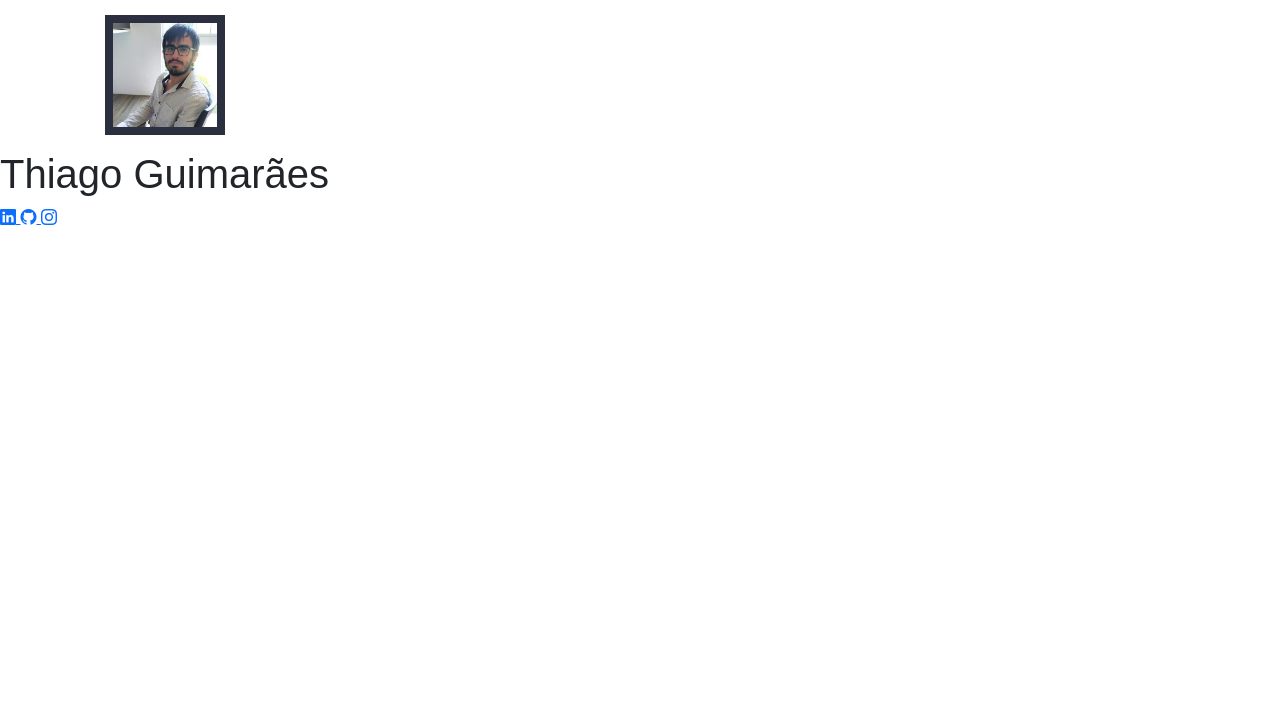
Repository: Rayago/projeto-portfolio
Page: http://localhost/
An editor plug-in stored every save of this project. The page is shown before and after the next save, followed by the edit.
The browser window is 1280 px wide. The pictures show the whole page.
Some web fonts or font styles are not loaded; a fallback is used. The page is served by the project's application, run on Flask 3 (app.py).

Above is the page before, as saved 2022-07-11 23:04:01.

### templates/index.html
<!DOCTYPE html>
<html lang="pt-br">
<head>
    <meta charset="UTF-8">
    <meta http-equiv="X-UA-Compatible" content="IE=edge">
    <meta name="viewport" content="width=device-width, initial-scale=1.0">
    <link rel="stylesheet" href="../static/bootstrap/css/bootstrap.css">
    <link rel="stylesheet" href="../static/style.css">
    <link rel="icon" type="image/png" href="../static/img">
    <link rel="stylesheet" href="https://cdn.jsdelivr.net/npm/bootstrap-icons@1.8.3/font/bootstrap-icons.css">
    <title>Thiago Guimarães</title>
</head>
<body>

    <aside id="header">
        <section class="profile">
            <img src="../static/img/meu_perfil.jpg" alt="Foto Perfil"/>
            <h1>Thiago Guimarães</h1>
            <div>
                <a href="https://www.linkedin.com/in/raymundo-thiago">
                    <i class="bi bi-linkedin"></i>
                </a>
                <a href="https://www.github.com/Rayago">
                    <i class="bi bi-github"></i>
                </a>
                <a href="https://www.instagram.com/estudatech">
                    <i class="bi bi-instagram"></i>
                </a>
            </div>
        </section>
    </aside>


    <script src="../static/bootstrap/js/bootstrap.bundle.min.js"></script>
    <script src="../static/script.js"></script>
</body>
</html>

### app.py
from flask import Flask, render_template, redirect

app = Flask(__name__)

@app.route('/')
def index():
    return render_template('index.html')

if __name__ == '__main__':
    app.run(debug=True)

### static/style.css
@import url('https://fonts.googleapis.com/css2?family=Ubuntu:ital,wght@0,300;0,400;0,500;0,700;1,300;1,400;1,500;1,700&display=swap');

html, body {
    font-family: Ubuntu, Arial;
    width: 100%;
    height: 100%;
}

#header {
    position: fixed;
    top: 0;
    left: 0;
    bottom: 0;
}

#header .profile img {
    margin: 15px auto;
    display: block;
    width: 120px;
    border: 8px solid #2c2f3f;
}

Loaded but not shown: static/bootstrap/css/bootstrap.css (library); static/bootstrap/js/bootstrap.bundle.min.js (library); static/script.js (no stored copy; drawn as an empty file)

After the next save:
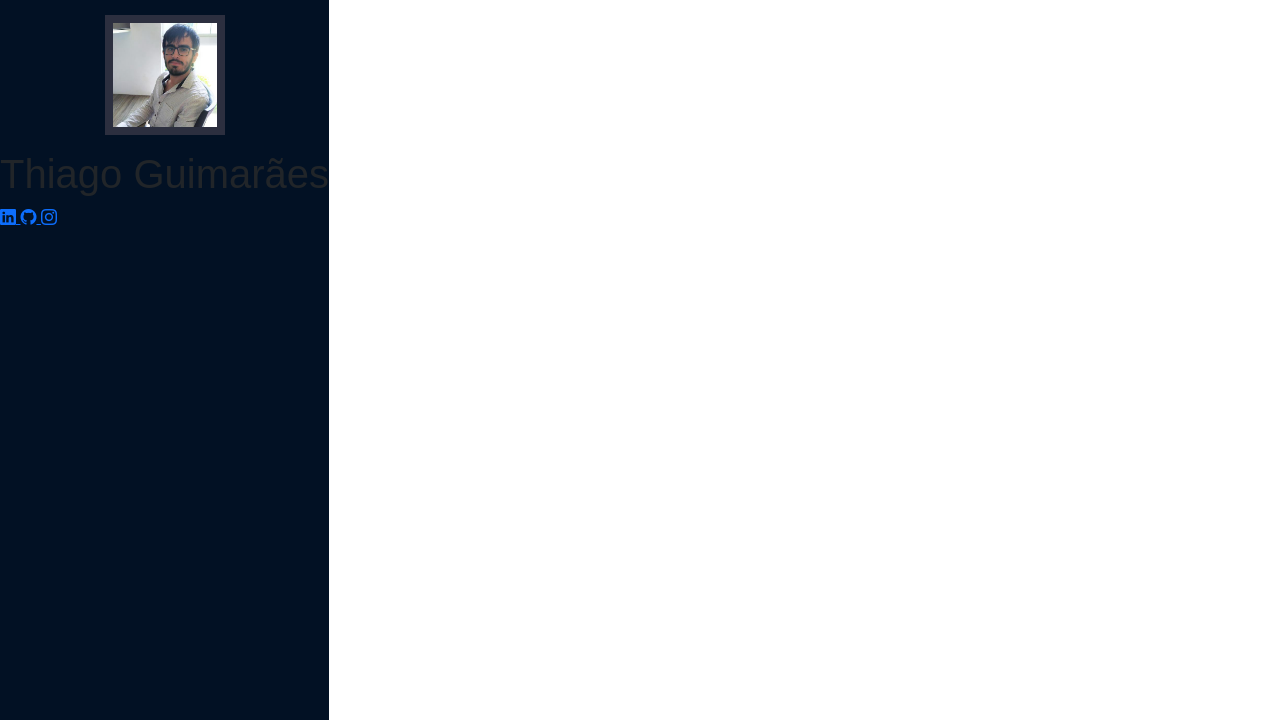
Saved 35 s later.
--- a/static/style.css
+++ b/static/style.css
@@ -11,6 +11,7 @@ html, body {
     top: 0;
     left: 0;
     bottom: 0;
+    background: #021124;
 }
 
 #header .profile img {
